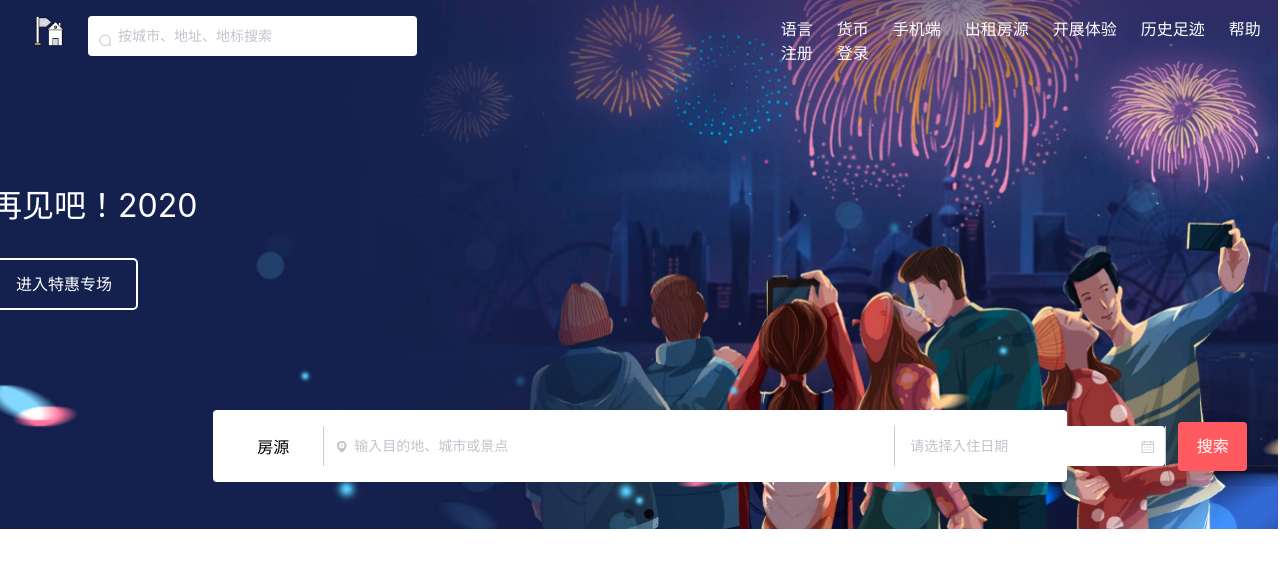
Repository: yz1181214391/my-airbnb
Page: /
The author's editor kept a copy of each file at every save. The page is drawn from the files as they stood at one save, then again after the next save.
The browser window is 1280 px wide. The page is 1282 px wide, so the pictures cover 1282 px, including what lies to the right of the window. The pictures show the whole page.
The project was rebuilt for these pictures with package versions that can differ from the ones it lists, and the page was loaded fresh each time. Also part of the build but not shown: src/views/Language.vue, src/views/Currency.vue, src/views/Enter.vue, src/views/Experience.vue, src/views/Help.vue, src/views/History.vue, src/views/Mobile.vue, src/views/Register.vue and 1 more.

Above is the page before, as saved 2020-12-15 10:35:46.

After the next save:
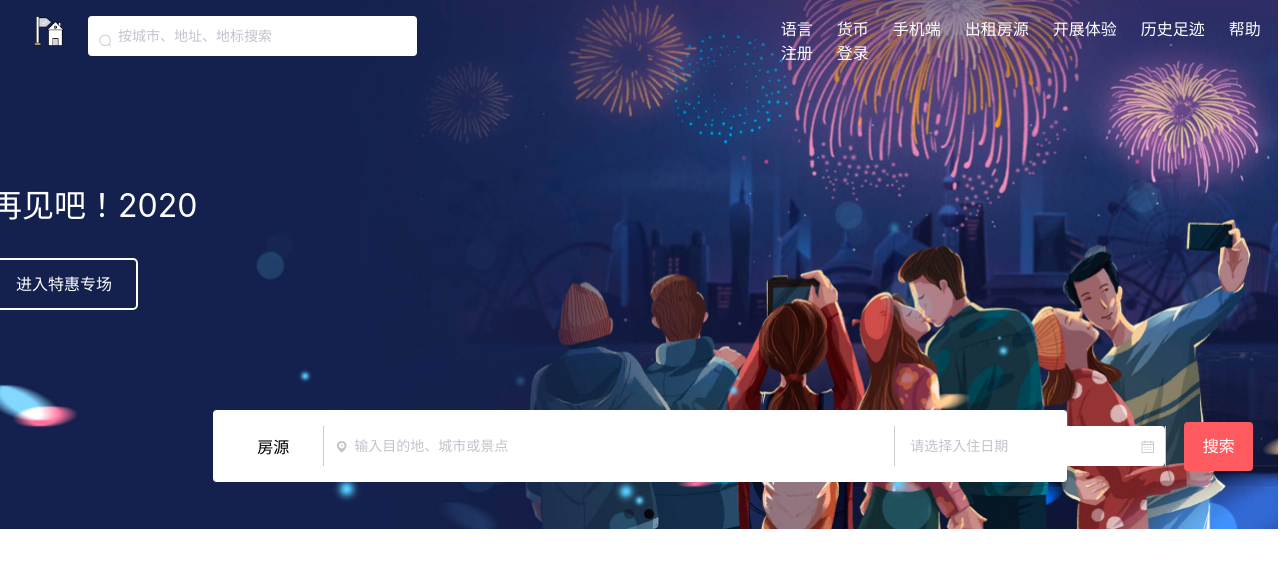
Saved 41 s later.
--- a/src/components/Header.vue
+++ b/src/components/Header.vue
@@ -176,6 +176,6 @@ input{
   line-height: 49px;
   border-radius: 4px;
   color: #fff;
-  margin-left: 12px;
+  margin-left: 18px;
 }
 </style>
